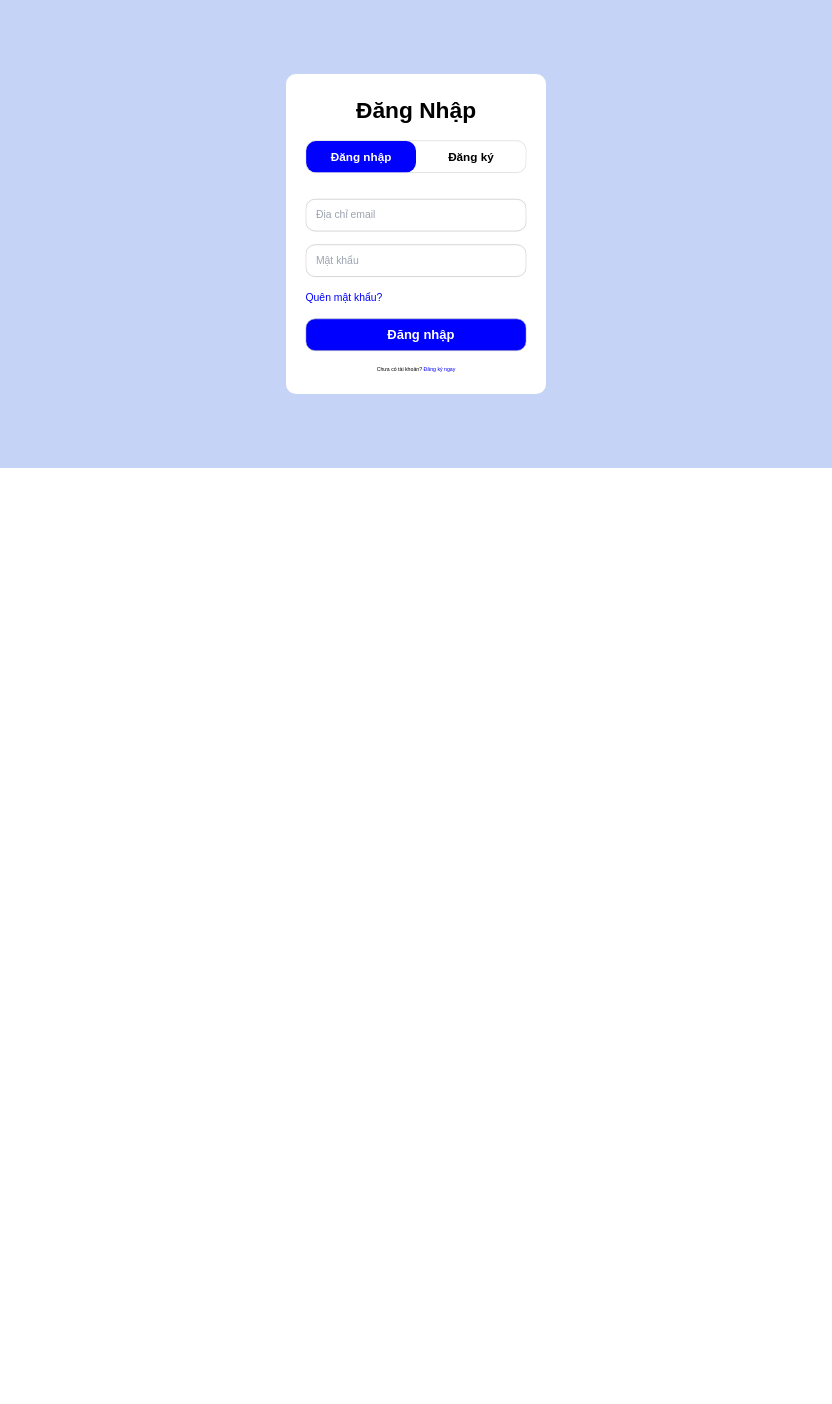
Repository: NguyenMinhThien-sudo/DemoFormPractice
Page: /
These files come from the project's save history. The page is drawn as it stood at one moment and after the next save; the edit follows.
The browser window is 1280 px wide. The pictures show the whole page, at 65% of full size.
The project was rebuilt for these pictures with package versions that can differ from the ones it lists, and the page was loaded fresh each time. Also part of the build but not shown: vite.config.js.

Above is the page before, as saved 2023-05-18 19:08:02.

After the next save:
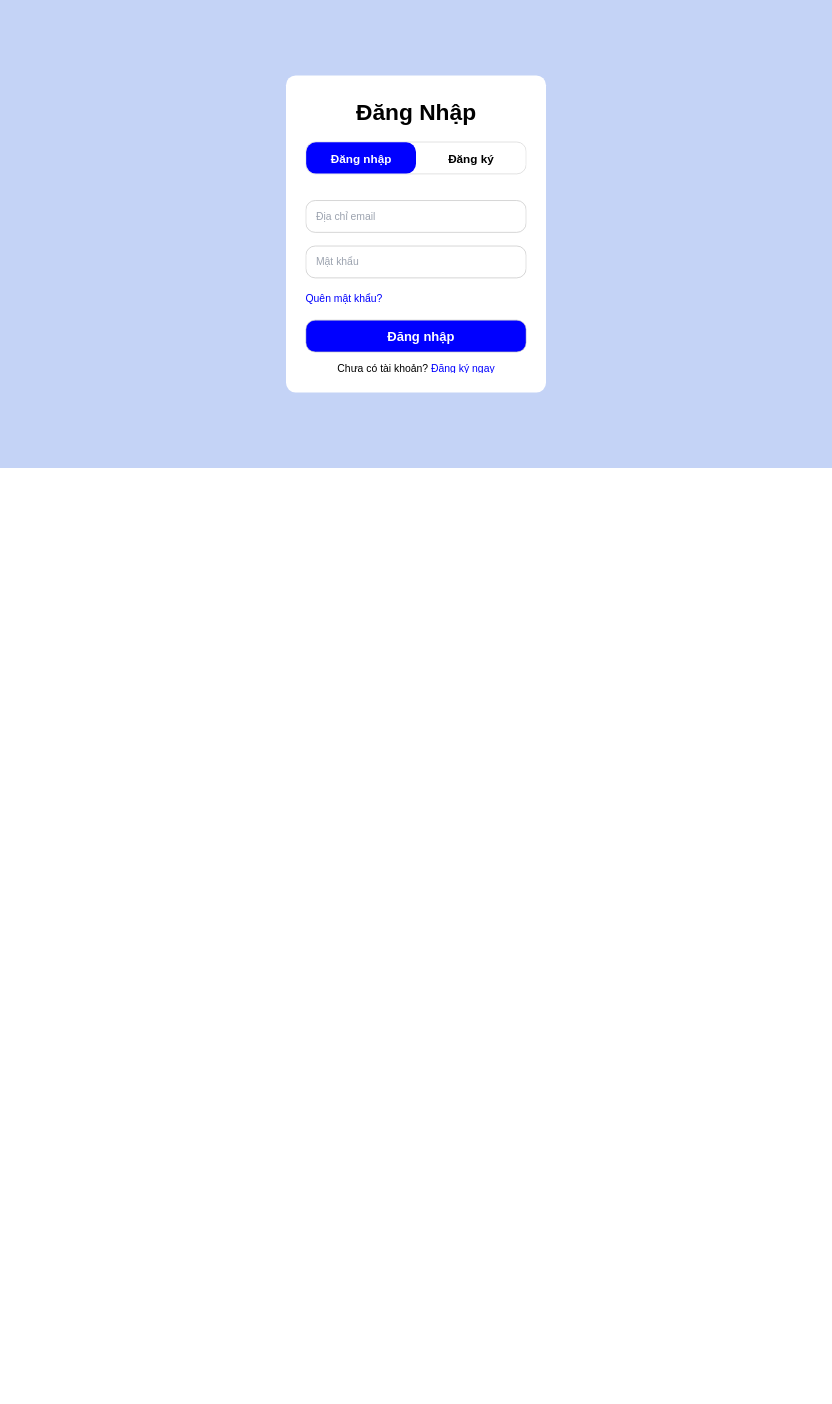
Saved 7 s later.
--- a/src/components/form_practice/form.jsx
+++ b/src/components/form_practice/form.jsx
@@ -100,8 +100,8 @@
     color: blue;
   }
   p {
-    font-size: 8px;
-    line-height: 16px;
+    font-size: 16px;
+    line-height: 12px;
   }
   .regis {
     text-align: center;
